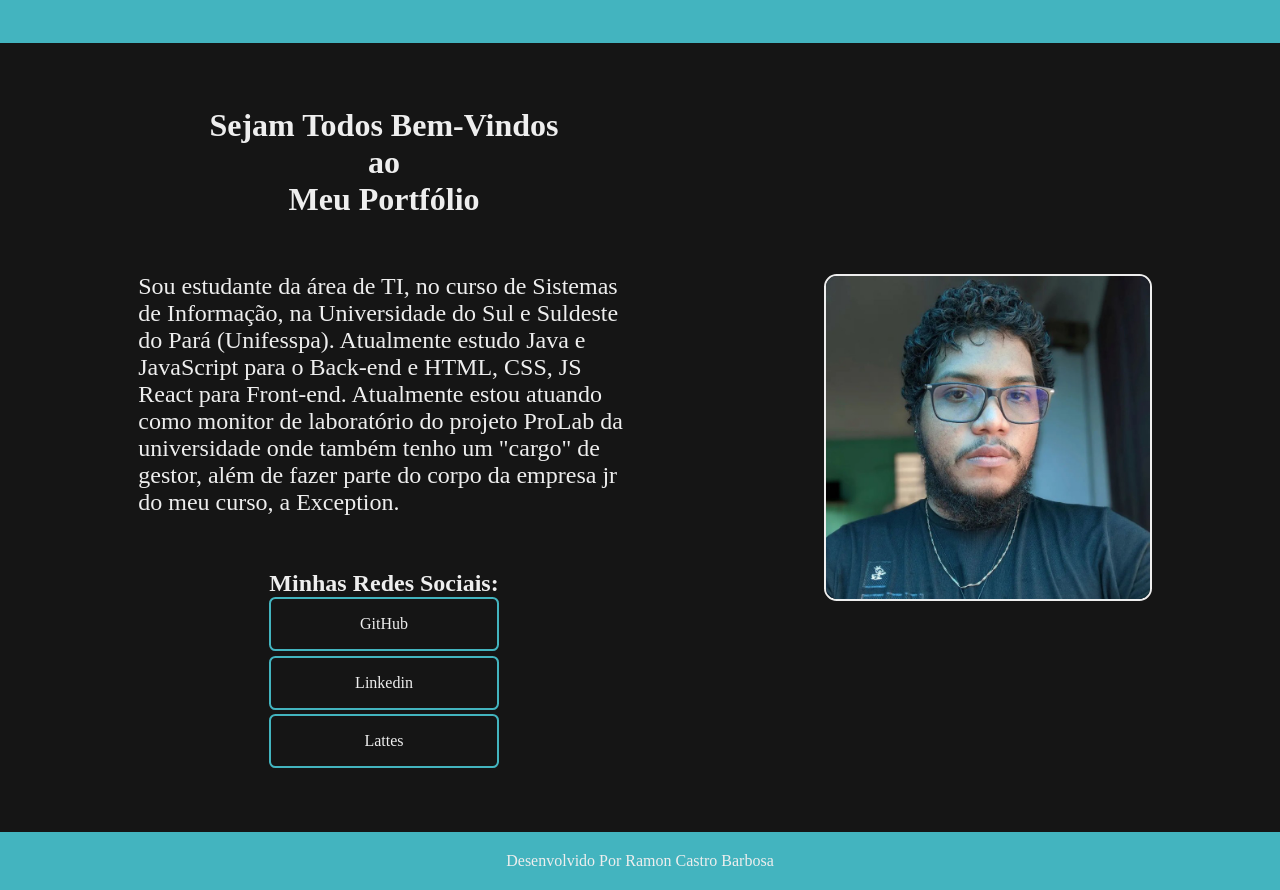
Repository: ramoncbarbosa/Web1_Atividade2
Page: index.html
These files come from the project's save history. The page is drawn as it stood at one moment and after the next save; the edit follows.
The browser window is 1280 px wide. The pictures show the whole page.

Above is the page before, as saved 2023-06-10 16:54:42.

### index.html
<!DOCTYPE html>
<html lang="en-US">
<head>
    <meta charset="UTF-8">
    <meta name="viewport" content="width=device-width, initial-scale=1.0">
    <link rel="stylesheet" href="./styles/styles.css">
    <title>Portfólio</title>
</head>
<body>
    <header class="cabecalho">
        <nav>
           <a href=""></a>
           <a href=""></a>
        </nav>
    </header>
    <section></section>
    <main class="principal">
        <section class="principal__principal">
            <h1 class="principal__titulo"><strong>Sejam Todos Bem-Vindos<br> ao<br> Meu Portfólio</strong></h1>
            <p class="principal__texto">
                Sou estudante da área de TI, no curso de Sistemas de Informação, na Universidade do Sul e Suldeste do Pará (Unifesspa). Atualmente estudo Java e JavaScript para o Back-end e HTML, CSS, JS React para Front-end.
                    Atualmente estou atuando como monitor de laboratório do projeto ProLab da universidade onde também tenho um "cargo" de gestor, além de fazer parte do corpo da empresa jr do meu curso, a Exception.
            </p>
            <div class="princiapl__links">
                <h2 class="secundario__titulo">Minhas Redes Sociais:</h2>
                <a target="_blank" id="github" href=""><img src="" alt="">GitHub</a>
                <a target="_blank" id="linkedin" href=""><img src="" alt="">Linkedin</a>
                <a target="_blank" id="lattes" href=""><img src="" alt="">Lattes</a>
            </div>
        </section>
            <img class="imagem" src="./img/perfil.jpg" alt="">
    </main>
    <footer class="rodape">
        <p class="rodape__rodape">Desenvolvido Por Ramon Castro Barbosa</p>
    </footer>
</body>
</html>

### styles/styles.css
*{
    padding: 0;
    margin: 0;
    box-sizing: border-box;
    text-decoration: none;
    gap: 0;
}

:root{
    --cor-um: #43b4bf;
    --cor-dois: #EEEEEE;
    --cor-tres: #151515;
}

body{
    width: 100%;
    height: 80vh;
    box-sizing: border-box;
    background-color: var(--cor-tres);
    color: var(--cor-dois);
}

.cabecalho{
    width: 100%;
    height: 6vh;
    padding: 2% 0 0 10%;
    gap: 5rem;
    display: flex;
    background-color: var(--cor-um);
}

.principal{
    justify-content: space-between;
    display: flex;
    align-items: center;
    padding: 5% 10%;

}

.principal__principal{
    width: 50%;
    display: flex;
    flex-direction: column;
    gap: 1.8rem;
    text-align: center;
    align-items: center;

}

.principal__titulo{
    text-align: center;
    justify-content: center;
    font-size: 32px;
}

.principal__texto{
    display: flex;
    flex-wrap: wrap;
    justify-content: space-around;
    padding: 5% 2%;
    font-size: 24px;
    text-align: left;
}

.principal__links{
    display: flex;
    flex-direction: column;
    justify-content: center;
    text-align: center;
}

.secundario__titulo{

}


#github{
    display: flex;
    align-items: center;
    justify-content: center;
    text-align: center;
    border: 2px solid var(--cor-um);
    border-radius: 0.4rem;
    width: 100%;
    text-decoration: none;
    padding: 1rem 0;
    margin-bottom: 2%;
    color: var(--cor-dois);
}

#linkedin{
    display: flex;
    align-items: center;
    justify-content: center;
    text-align: center;
    border: 2px solid var(--cor-um);
    border-radius: 0.4rem;
    width: 100%;
    text-decoration: none;
    padding: 1rem 0;
    margin-bottom: 2%;
    color: var(--cor-dois);
}

#lattes{
    display: flex;
    align-items: center;
    justify-content: center;
    text-align: center;
    border: 2px solid var(--cor-um);
    border-radius: 0.4rem;
    width: 100%;
    text-decoration: none;
    padding: 1rem 0;
    color: var(--cor-dois);
}

.imagem{
    width: 32%;
    display: flex;
    justify-content: center;
    border-radius: 0.8rem;
    border: 2px solid var(--cor-dois);
}

.rodape{
    width: 100%;
    height: 8vh;
    display: flex;
    align-items: center;
    flex-wrap: wrap;
    justify-content: space-around;

    background-color: var(--cor-um);
}

.rodape__rodape{
    text-align: center;
    padding: 1.5%;
}

After the next save:
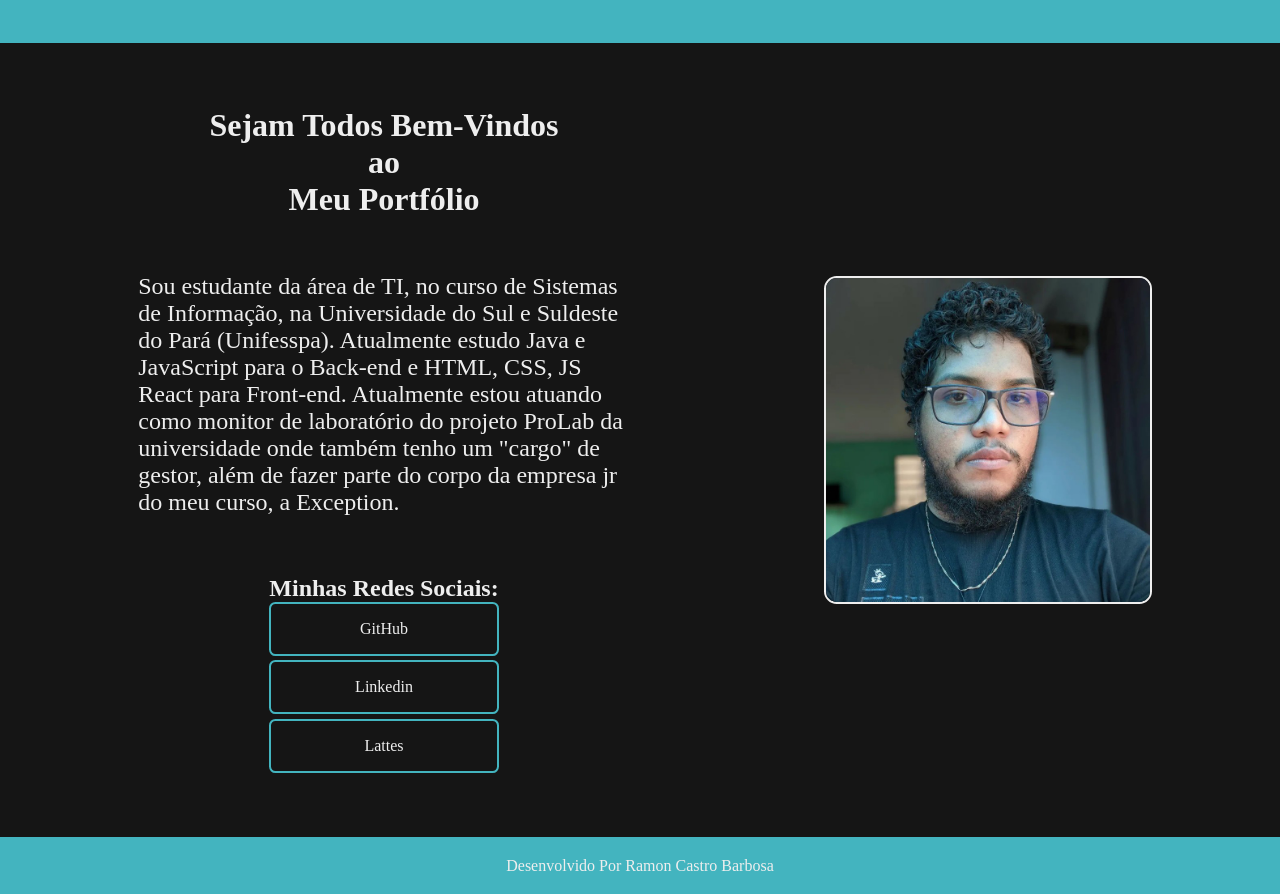
Saved 11 s later.
--- a/styles/styles.css
+++ b/styles/styles.css
@@ -70,7 +70,7 @@ body{
 }
 
 .secundario__titulo{
-
+    margin-top: 2%;
 }
 
 
